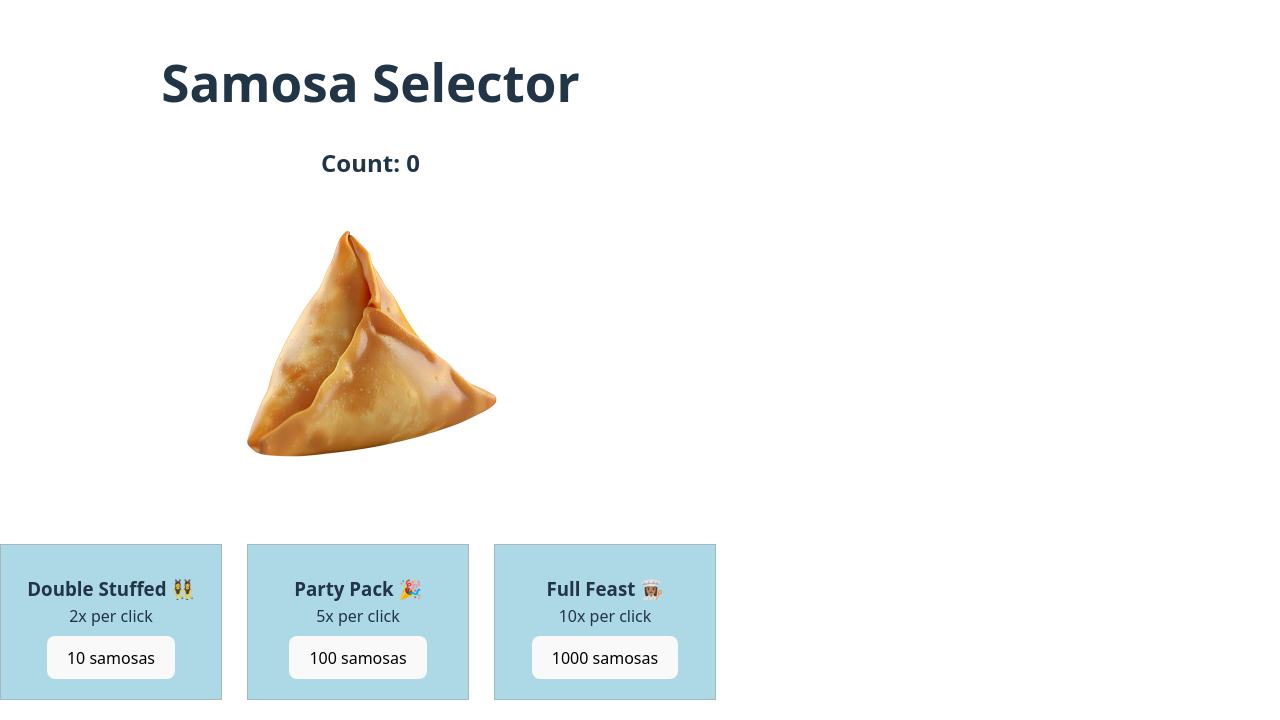
Repository: kvi1/Web102-Labs
Page: / (app in samosa-selector/)
These files come from the project's save history. The page is drawn as it stood at one moment and after the next save; the edit follows.
The browser window is 1280 px wide. The pictures show the whole page.
The project was rebuilt for these pictures with package versions that can differ from the ones it lists, and the page was loaded fresh each time. Also part of the build but not shown: samosa-selector/vite.config.js.

Above is the page before, as saved 2025-03-01 14:20:01.

After the next save:
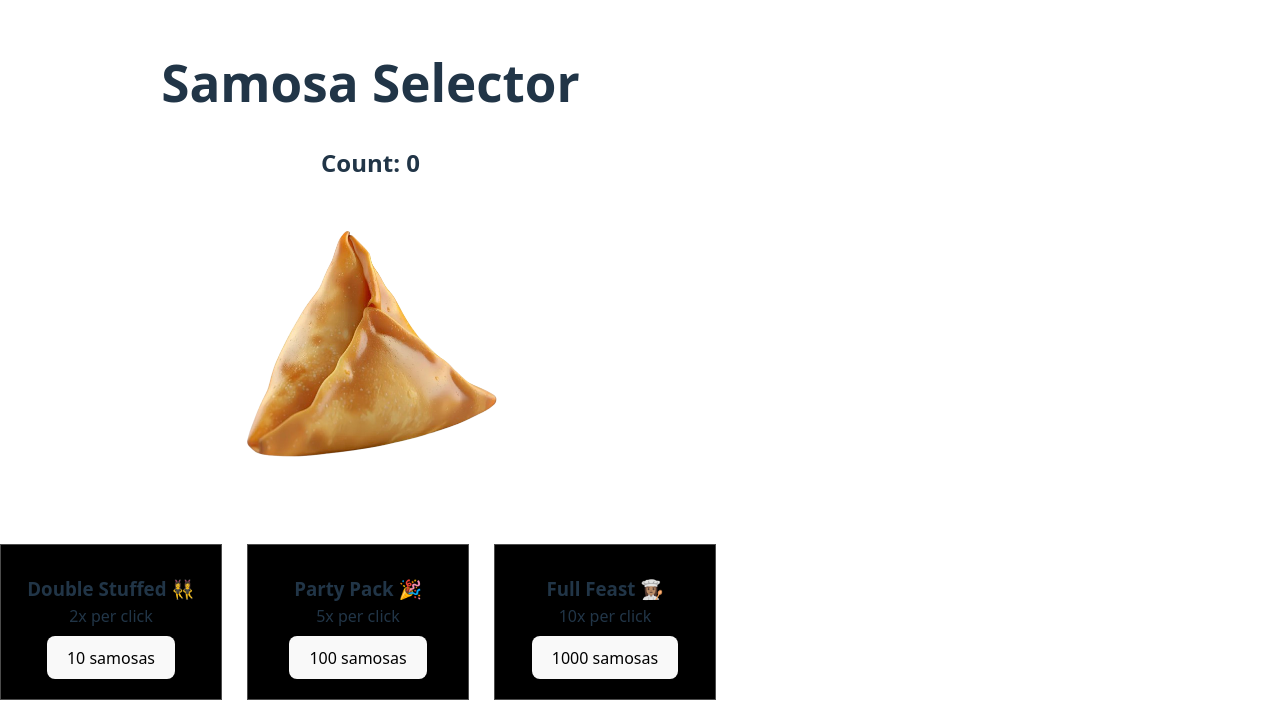
Saved 34 s later.
--- a/samosa-selector/src/App.css
+++ b/samosa-selector/src/App.css
@@ -29,6 +29,6 @@
   margin-right: 25px;
   width: 200px;
   line-height: 0.5;
-  background: lightblue;
+  background: black;
 
 }
